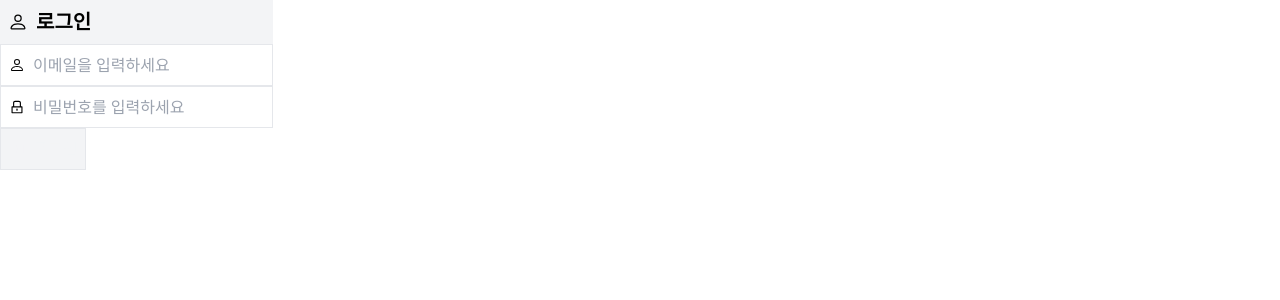
Repository: wanted-pre-onboarding-4/pre-onboarding-assignment-week-4-1-team-4
Page: /login (app in client/)
These files come from the project's save history. The page is drawn as it stood at one moment and after the next save; the edit follows.
The browser window is 1280 px wide. The pictures show the whole page.
The project was rebuilt for these pictures with package versions that can differ from the ones it lists, and the page was loaded fresh each time. Also part of the build but not shown: client/src/components/Footer.jsx, client/src/components/Header.jsx, client/src/components/Sider.jsx, client/src/components/Layout.jsx.

Above is the page before, as saved 2022-09-20 21:11:05.

### client/src/index.js
import React from 'react';
import ReactDOM from 'react-dom/client';
import App from './App';
import "./index.css"
const root = ReactDOM.createRoot(document.getElementById('root'));
root.render(
  <React.StrictMode>
    <App />
  </React.StrictMode>
);

### client/src/App.js
import { BrowserRouter as Router, Routes, Route } from 'react-router-dom';
import Layout from './components/Layout';
import Login from './pages/login/Login';

function App() {
  return (
    <Router>
      <Routes>
        <Route path="/login" element={<Login/>} />
        <Route element={<Layout />}>
          <Route path="/" element={<div>홈</div>} />
          <Route path="/users" element={<div>유저 목록 페이지</div>} />
          <Route path="/users/:user_id" element={<div>유저 상세 페이지</div>} />
          <Route path="/accounts" element={<div>계좌 목록 페이지</div>} />
          <Route path="/accounts/:account_id" element={<div>계좌 상세 페이지</div>} />
          <Route path="*" element={<div>404페이지</div>} />
        </Route>
      </Routes>
    </Router>
  );
}

export default App;

### client/src/index.css
#root{
  display: flex;
  height:100vh;
}

@tailwind base;
@tailwind components;
@tailwind utilities;

### client/src/pages/login/Login.jsx
import React from 'react';
import { BsPerson } from 'react-icons/bs';
import {AiOutlineLock} from "react-icons/ai"
import {BiLogIn} from "react-icons/bi"

const Login = () => {
  return (
    <div>
      <div className='flex items-center justify-start space-x-2 p-2 font-semibold text-xl bg-gray-100'>
        <BsPerson />
        <h1  >로그인</h1>
      </div>
      <form>
        <label className='flex items-center space-x-2 border-solid border-[1px] p-2'>
          <BsPerson />
          <input type="email" placeholder="이메일을 입력하세요" />
        </label>
        <label className='flex items-center space-x-2 border-solid border-[1px] p-2'>
          <AiOutlineLock />
          <input type="password" placeholder="비밀번호를 입력하세요" />
        </label>
        <button className='flex items-center space-x-2 border-solid border-[1px] p-2 disabled:text-gray-100 disabled:bg-gray-100' disabled={true}><BiLogIn/><span>로그인</span></button>
      </form>
    </div>
  );
};

export default Login;

Loaded but not shown: client/public/index.html (common file); client/tailwind.config.js (common file)

After the next save:
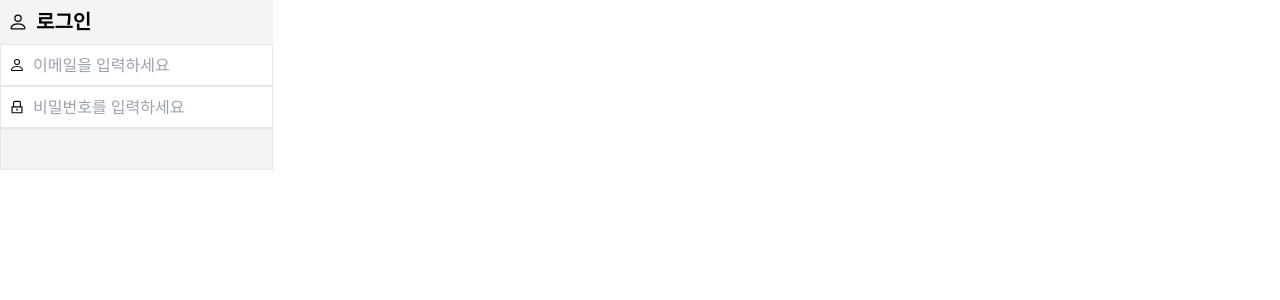
Saved 21 s later.
--- a/client/src/pages/login/Login.jsx
+++ b/client/src/pages/login/Login.jsx
@@ -19,7 +19,7 @@ const Login = () => {
           <AiOutlineLock />
           <input type="password" placeholder="비밀번호를 입력하세요" />
         </label>
-        <button className='flex items-center space-x-2 border-solid border-[1px] p-2 disabled:text-gray-100 disabled:bg-gray-100' disabled={true}><BiLogIn/><span>로그인</span></button>
+        <button className='flex items-center space-x-2 w-full border-solid border-[1px] p-2 disabled:text-gray-100 disabled:bg-gray-100' disabled={true}><BiLogIn/><span>로그인</span></button>
       </form>
     </div>
   );
